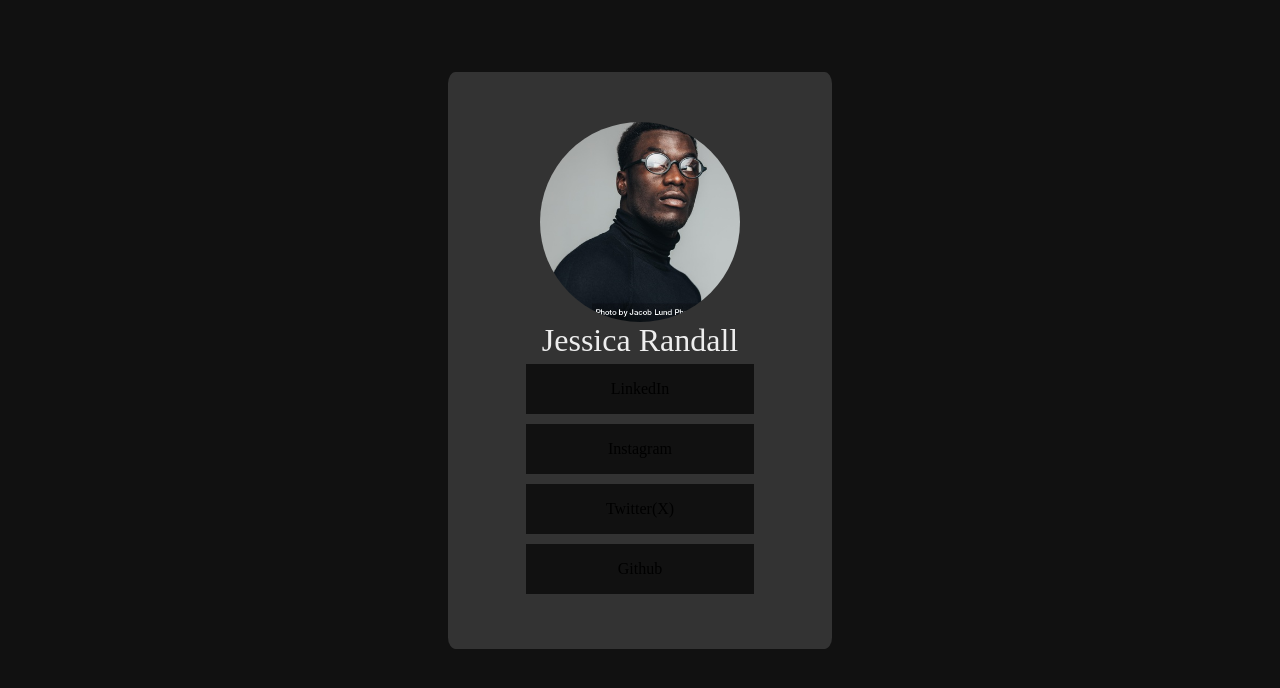
Repository: russel-success/Xcode-TASK-1
Page: index.html
An editor plug-in stored every save of this project. The page is shown before and after the next save, followed by the edit.
The browser window is 1280 px wide. The pictures show the whole page.

Above is the page before, as saved 2024-04-29 01:13:58.

After the next save:
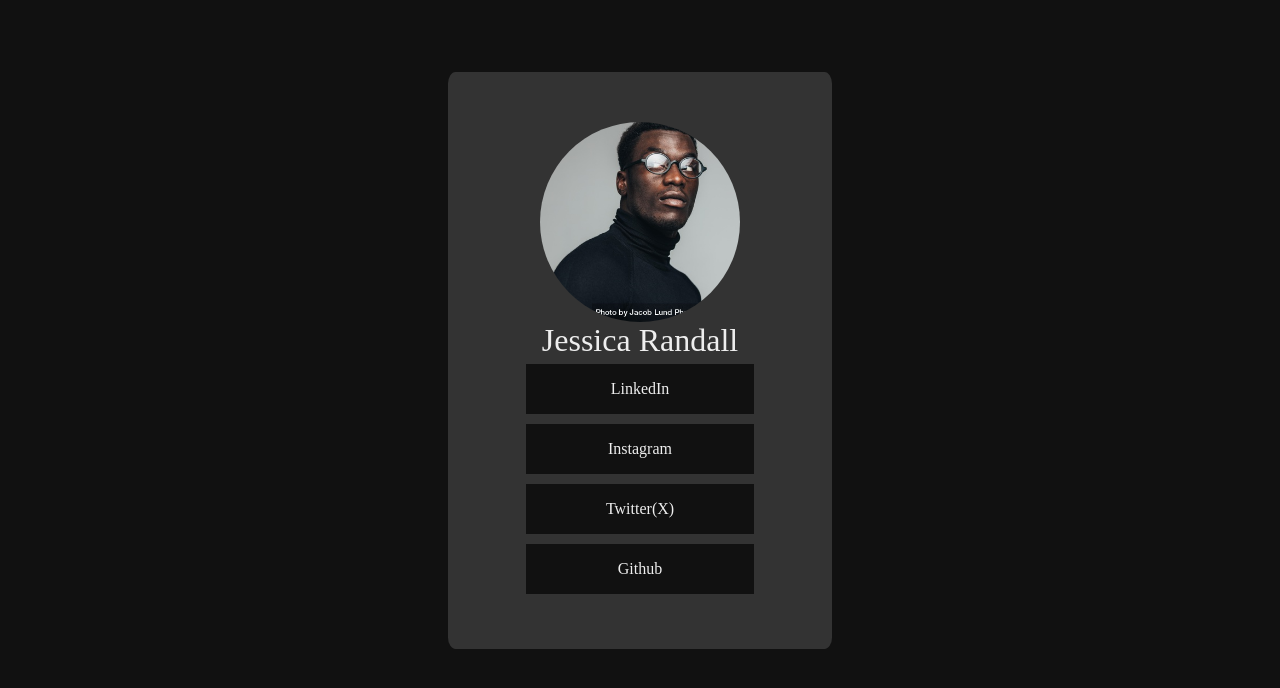
Saved 6 s later.
--- a/styles/styles.css
+++ b/styles/styles.css
@@ -40,5 +40,5 @@
     margin:5px 0;
     text-align:center;
     align-content: center;
-    color:
+    color:#eee;
 }
